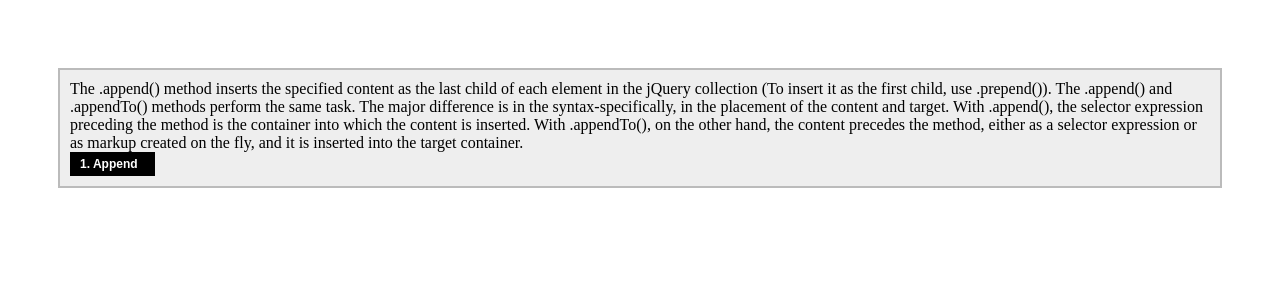
Repository: skybluelion/KB
Page: KB/work05_front/front05_JQuery/src/main/webapp/2_event/jq01_append_template.html
These files come from the project's save history. The page is drawn as it stood at one moment and after a run of saves; the edit follows.
The browser window is 1280 px wide. The pictures show the whole page.

Above is the page before, as saved 2023-04-12 05:26:06.

After the next 2 saves:
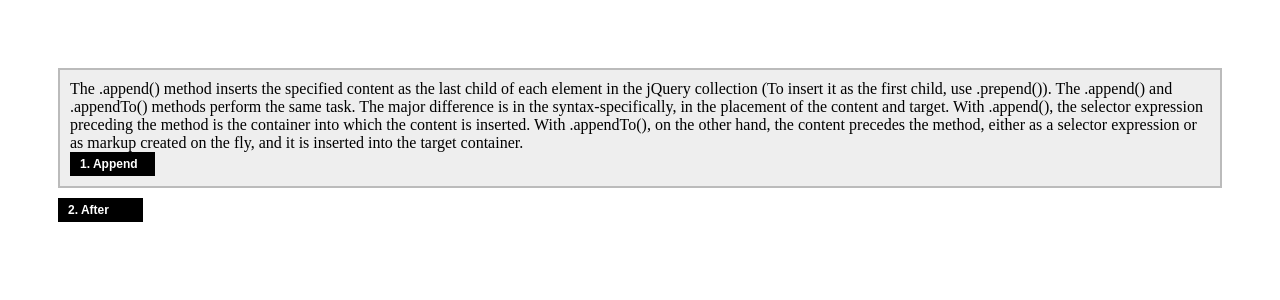
The 2 saves are shown as one change because they came seconds apart.
The last was saved 55 s later.
--- a/KB/work05_front/front05_JQuery/src/main/webapp/2_event/jq01_append_template.html
+++ b/KB/work05_front/front05_JQuery/src/main/webapp/2_event/jq01_append_template.html
@@ -27,7 +27,9 @@
 <script src="https://ajax.googleapis.com/ajax/libs/jquery/3.6.0/jquery.min.js"></script>
 <script>
 	$(function(){
-		$('div').append('<span>1. Append </span>')
+		$('div')
+		.append('<span>1. Append </span>')
+		.after('<span>2. After </span>');
 
 	});
 </script>
